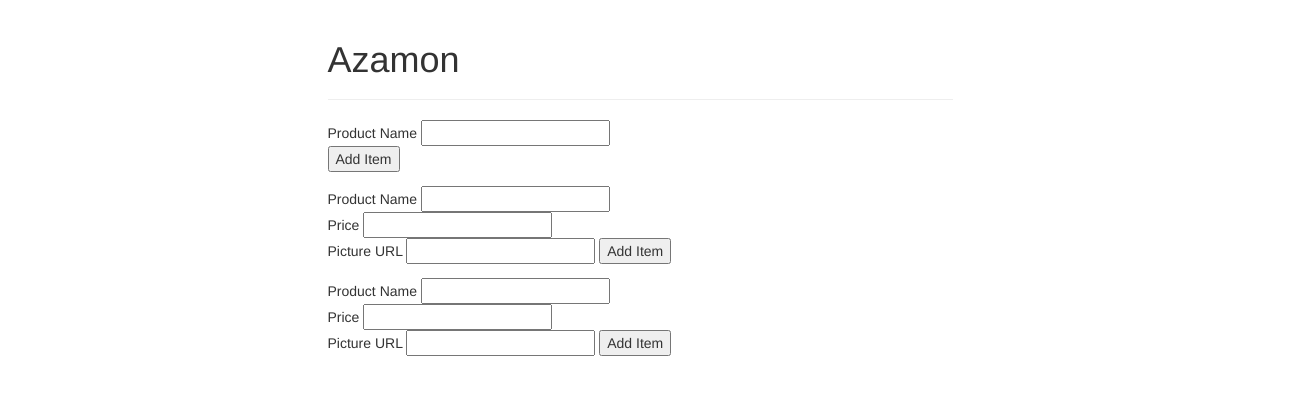
Repository: bkappen/Creative3
Page: midterm/public/index.html
The author's editor kept a record of every edit. The page is drawn from the files as they stood at one moment, then again after the next edit.
The browser window is 1280 px wide. The page is 1295 px wide, so the pictures cover 1295 px, including what lies to the right of the window. The pictures show the whole page.
The page's requests for data from a server got no answer. Some web libraries are served in a nearby version.

Above is the page before.

After the next edit:
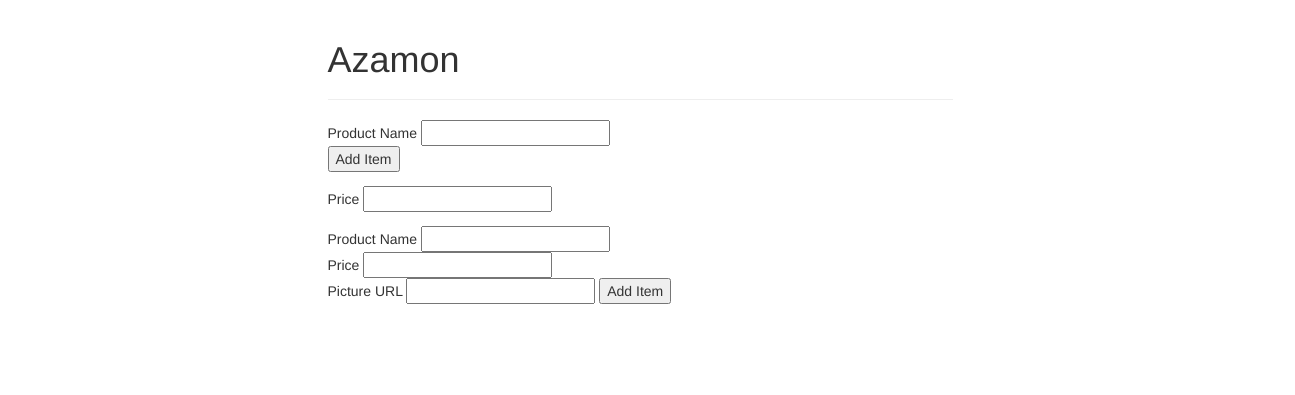
The edit:
--- a/midterm/public/index.html
+++ b/midterm/public/index.html
@@ -21,10 +21,7 @@
             </form>
 
             <form ng-submit="addProduct()" style="margin-top30px;">
-                Product Name <input type="text" id="name" ng-model="formContent"></input> <br>
                 Price <input type="text" id = "$" ng-model="formContent"></input> <br>
-                Picture URL <input type="text" id = "url" ng-model="formContent"></input>
-                <button type="submit">Add Item</button>
             </form>
 
             <form ng-submit="addProduct()" style="margin-top30px;">
